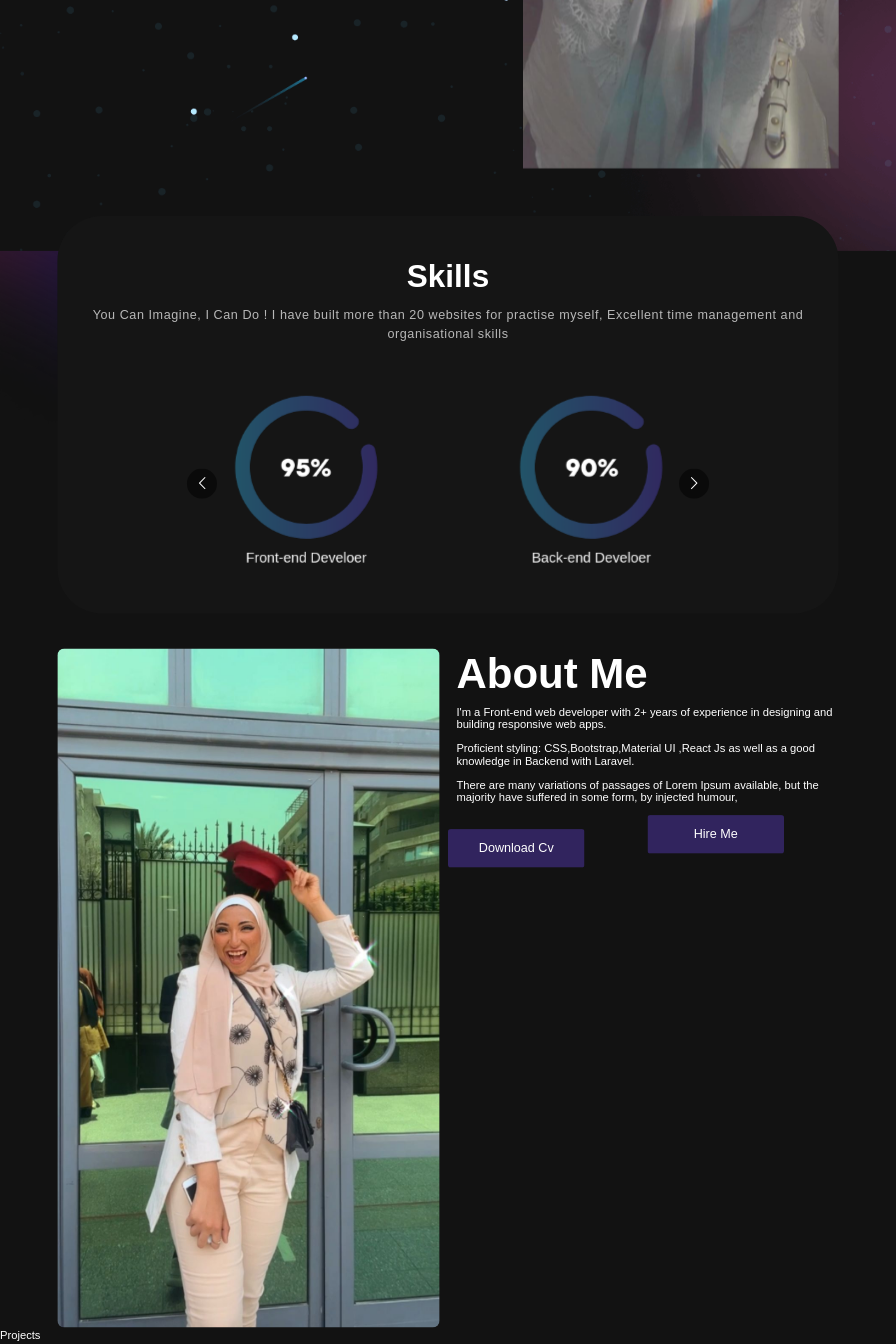
Repository: OmniaRafat232111121/portfolio
Page: /
An editor plug-in stored every save of this project. The page is shown before and after a run of saves, followed by the edit.
The browser window is 1280 px wide. The pictures show the part of the page from y = 829 to 2749 px (the page is 2749 px tall), at 70% of full size.
The project was rebuilt for these pictures with package versions that can differ from the ones it lists, and the page was loaded fresh each time. Also part of the build but not shown: webpack.config.js.

Above is the page before, as saved 2022-07-20 03:23:15.

After the next 2 saves:
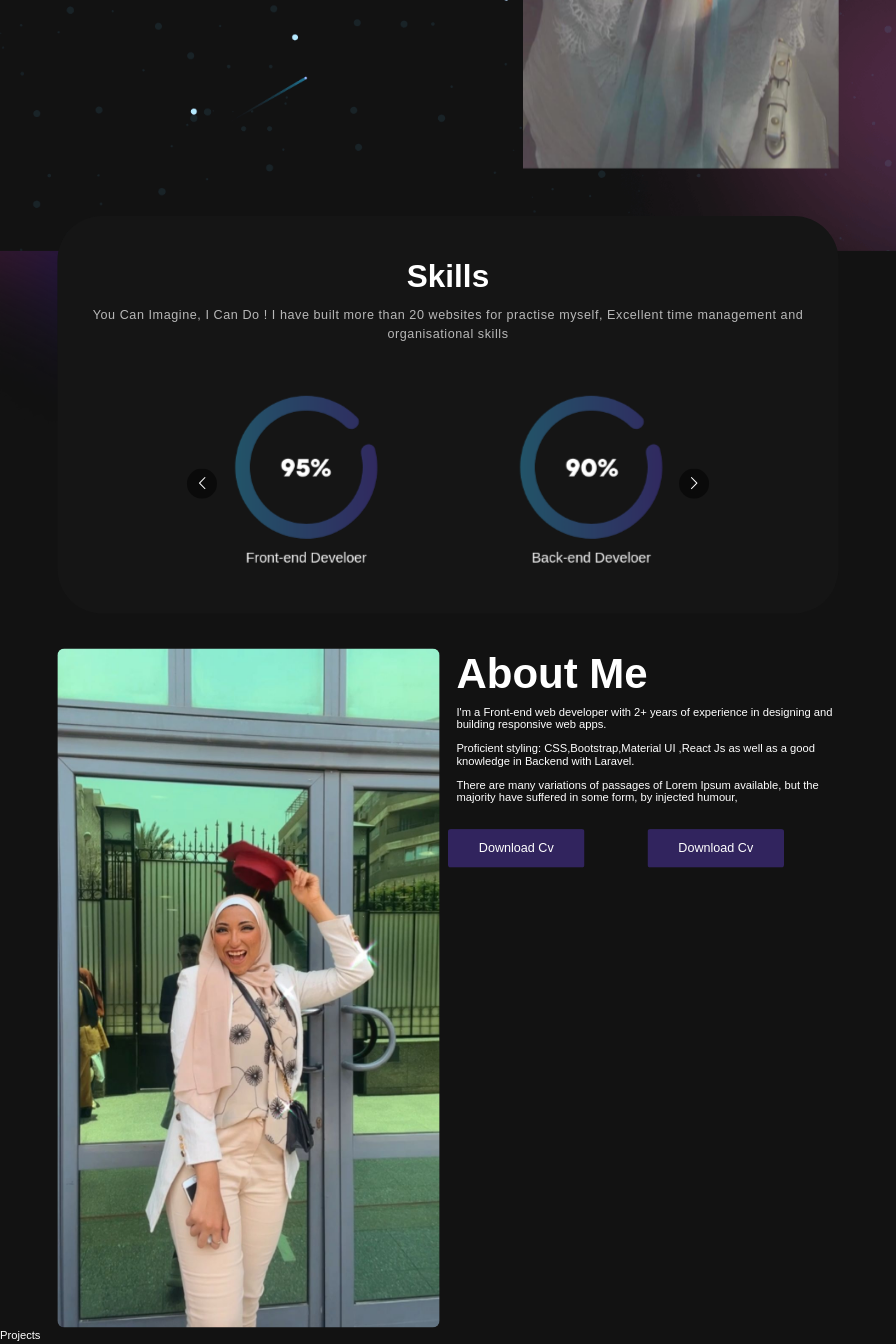
The 2 saves are shown as one change because they came seconds apart.
The last was saved 6 s later.
--- a/src/components/About.js
+++ b/src/components/About.js
@@ -34,12 +34,11 @@ function About() {
                   <button className="about btn pointer">Download Cv</button>
                 </a>
                 </Col>
-                <Col>
-
+                <Col className="about__button d__flex align-items-center ">
                 <a href="#">
-                  <button className="about btn pointer">Hire Me</button>
+                  <button className="about btn pointer">Download Cv</button>
                 </a>
-              </Col>
+                </Col>
 
             </Row>
             </div>
